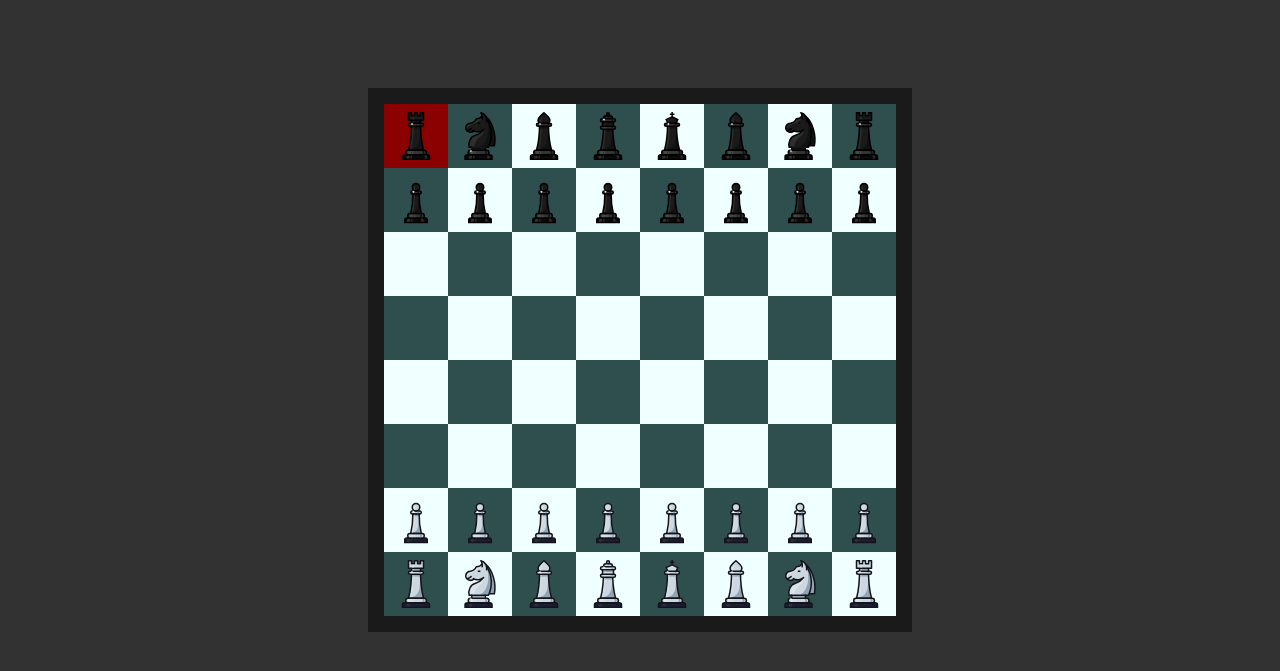
Repository: Mirsmog/react-chess
Page: /, after clicking the first element matching `div.cell`
These files come from the project's save history. The page is drawn as it stood at one moment and after the next save; the edit follows.
The browser window is 1280 px wide. The pictures show the whole page.
The project was rebuilt for these pictures with package versions that can differ from the ones it lists, and the page was loaded fresh each time. Also part of the build but not shown: vite.config.ts.

Above is the page before, as saved 2023-10-28 15:55:51.

### src/App.tsx
import BoardComponent from '@/components/BoardComponent';
import { Board } from './models/Board';
import React from 'react';

const App = () => {
  const [board, setBoard] = React.useState(new Board());

  React.useEffect(() => {
    restart();
  }, []);

  function restart() {
    const newBoard = new Board();
    newBoard.initCells();
    newBoard.addFigures()
    setBoard(newBoard);
  }
  return (
    <div className='app'>
      <BoardComponent board={board} setBoard={setBoard} />
    </div>
  );
};

export default App;

### src/index.css
:root {
  --sell-size: 64px;
}

* {
  margin: 0;
  padding: 0;
}

.app {
  background-color: #323232;
  width: 100vw;
  height: 100vh;
  display: flex;
  justify-content: center;
  align-items: center;
}

.board {
  display: flex;
  width: calc(var(--sell-size) * 8);
  height: calc(var(--sell-size) * 8);
  flex-wrap: wrap;
  border: 16px solid #1a1a1a;
}

.cell {
  width: var(--sell-size);
  height: var(--sell-size);
  display: flex;
  justify-content: center;
  align-items: center;
}

.cell img {
  width: 48px;
  height: 48px;
  position: relative;
}

img[src*='/src/assets/pawn-white.svg'],
img[src*='/src/assets/pawn-black.svg'] {
  /* transform: scale(1.18); */
  transform: translateY(3px);
}

.black {
  background-color: darkslategrey;
}

.white {
  background-color: azure;
}

.selected {
  background-color:darkred;
}

### src/components/BoardComponent.tsx
import { Board } from '@/models/Board';
import React from 'react';
import CellComponent from './CellComponent';
import { Cell } from '@/models/Cell';

type Props = {
  board: Board;
  setBoard: (board: Board) => void;
};

const BoardComponent: React.FC<Props> = ({ board, setBoard }) => {
  const [currentCell, setCurrentCell] = React.useState<Cell | null>(null);
  const click = (cell: Cell) => {
    cell.figure && setCurrentCell(cell);
  };
  return (
    <div className='board'>
      {board.cells.map((row, index) => (
        <React.Fragment key={index}>
          {row.map((cell) => (
            <CellComponent
              click={click}
              key={cell.id}
              cell={cell}
              selected={cell.x === currentCell?.x && cell.y === currentCell?.y}
            />
          ))}
        </React.Fragment>
      ))}
    </div>
  );
};

export default BoardComponent;

### src/models/Board.ts
import { Cell } from './Cell';
import { Colors } from './Colors';
import { Bishop } from './figures/Bishop';
import { King } from './figures/King';
import { Knight } from './figures/Knight';
import { Pawn } from './figures/Pawn';
import { Queen } from './figures/Queen';
import { Rook } from './figures/Rook';

export class Board {
  cells: Cell[][] = [];

  public initCells() {
    for (let i = 0; i < 8; i++) {
      const row: Cell[] = [];
      for (let j = 0; j < 8; j++) {
        if ((i + j) % 2 !== 0) {
          row.push(new Cell(this, j, i, Colors.BLACK, null)); // black
        } else {
          row.push(new Cell(this, j, i, Colors.WHITE, null)); // white
        }
      }
      this.cells.push(row);
    }
  }
  public getCell(x: number, y: number) {
    return this.cells[y][x];
  }

  private addPawns() {
    for (let i = 0; i < 8; i++) {
      new Pawn(Colors.BLACK, this.getCell(i, 1));
      new Pawn(Colors.WHITE, this.getCell(i, 6));
    }
  }
  private addKings() {
    new King(Colors.BLACK, this.getCell(4, 0));
    new King(Colors.WHITE, this.getCell(4, 7));
  }
  private addQueens() {
    new Queen(Colors.BLACK, this.getCell(3, 0));
    new Queen(Colors.WHITE, this.getCell(3, 7));
  }
  private addBishops() {
    new Bishop(Colors.BLACK, this.getCell(2, 0));
    new Bishop(Colors.BLACK, this.getCell(5, 0));
    new Bishop(Colors.WHITE, this.getCell(2, 7));
    new Bishop(Colors.WHITE, this.getCell(5, 7));
  }
  private addKnights() {
    new Knight(Colors.BLACK, this.getCell(1, 0));
    new Knight(Colors.BLACK, this.getCell(6, 0));
    new Knight(Colors.WHITE, this.getCell(1, 7));
    new Knight(Colors.WHITE, this.getCell(6, 7));
  }
  private addRooks() {
    new Rook(Colors.BLACK, this.getCell(0, 0));
    new Rook(Colors.BLACK, this.getCell(7, 0));
    new Rook(Colors.WHITE, this.getCell(0, 7));
    new Rook(Colors.WHITE, this.getCell(7, 7));
  }

  public addFigures() {
    this.addKings();
    this.addBishops();
    this.addKnights();
    this.addQueens();
    this.addPawns();
    this.addRooks();
  }
}

### src/components/CellComponent.tsx
import { Cell } from '@/models/Cell';
import React from 'react';

type Props = {
  cell: Cell;
  selected: boolean;
  click: (cell: Cell) => void;
};

const CellComponent: React.FC<Props> = ({ cell, selected, click }) => {
  return (
    <div className={`cell ${cell.color} ${selected && 'selected'}`} onClick={() => click(cell)}>
      {cell.figure?.logo && (
        <img src={cell.figure.logo} alt={cell.figure.logo} />
      )}
    </div>
  );
};

export default CellComponent;

### src/models/Cell.ts
import { Board } from './Board';
import { Colors } from './Colors';
import { Figure } from './figures/Figure';

export class Cell {
  readonly x: number;
  readonly y: number;
  readonly color: Colors;
  figure: Figure | null;
  board: Board;
  available: boolean;
  id: number;

  constructor(
    board: Board,
    x: number,
    y: number,
    color: Colors,
    figure: Figure | null
  ) {
    this.board = board;
    this.figure = figure;
    this.color = color;
    this.x = x;
    this.y = y;
    this.available = false;
    this.id = Math.random();
  }
}

### src/models/Colors.ts
export enum Colors {
  BLACK = 'black',
  WHITE = 'white',
}

### src/models/figures/Bishop.ts
import { Cell } from '../Cell';
import { Colors } from '../Colors';
import { Figure, FigureName } from './Figure';
import bishopBlack from '@/assets/bishop-black.svg';
import bishopWhite from '@/assets/bishop-white.svg';
export class Bishop extends Figure {
  constructor(color: Colors, cell: Cell) {
    super(color, cell);
    this.logo = color === Colors.BLACK ? bishopBlack : bishopWhite;
    this.name = FigureName.BISHOP
  }
}

### src/models/figures/King.ts
import { Cell } from '../Cell';
import { Colors } from '../Colors';
import { Figure, FigureName } from './Figure';
import kingBlack from '@/assets/king-black.svg';
import kingWhite from '@/assets/king-white.svg';
export class King extends Figure {
  constructor(color: Colors, cell: Cell) {
    super(color, cell);
    this.logo = color === Colors.BLACK ? kingBlack : kingWhite;
    this.name = FigureName.KING
  }
}

### src/models/figures/Knight.ts
import { Cell } from '../Cell';
import { Colors } from '../Colors';
import { Figure, FigureName } from './Figure';
import knightBlack from '@/assets/knight-black.svg';
import knightWhite from '@/assets/knight-white.svg';
export class Knight extends Figure {
  constructor(color: Colors, cell: Cell) {
    super(color, cell);
    this.logo = color === Colors.BLACK ? knightBlack : knightWhite;
    this.name = FigureName.KNIGHT
  }
}

### src/models/figures/Pawn.ts
import { Cell } from '../Cell';
import { Colors } from '../Colors';
import { Figure, FigureName } from './Figure';
import pawnBlack from '@/assets/pawn-black.svg';
import pawnWhite from '@/assets/pawn-white.svg';
export class Pawn extends Figure {
  constructor(color: Colors, cell: Cell) {
    super(color, cell);
    this.logo = color === Colors.BLACK ? pawnBlack : pawnWhite;
    this.name = FigureName.PAWN
  }
}

### src/models/figures/Queen.ts
import { Cell } from '../Cell';
import { Colors } from '../Colors';
import { Figure, FigureName } from './Figure';
import queenBlack from '@/assets/queen-black.svg';
import queenWhite from '@/assets/queen-white.svg';
export class Queen extends Figure {
  constructor(color: Colors, cell: Cell) {
    super(color, cell);
    this.logo = color === Colors.BLACK ? queenBlack : queenWhite;
    this.name = FigureName.QUEEN
  }
}

### src/models/figures/Rook.ts
import { Cell } from '../Cell';
import { Colors } from '../Colors';
import { Figure, FigureName } from './Figure';
import rookBlack from '@/assets/rook-black.svg';
import rookWhite from '@/assets/rook-white.svg';
export class Rook extends Figure {
  constructor(color: Colors, cell: Cell) {
    super(color, cell);
    this.logo = color === Colors.BLACK ? rookBlack : rookWhite;
    this.name = FigureName.ROOK;
  }
}

### src/models/figures/Figure.ts
import { Cell } from '../Cell';
import { Colors } from '../Colors';
import logo from '@/assets/bishop-black.svg';

import queenBlack from '@/assets/queen-black.svg';
import bishopBlack from '@/assets/bishop-black.svg';
import rookBlack from '@/assets/rook-black.svg';
import knightBlack from '@/assets/knight-black.svg';
import pawnBlack from '@/assets/pawn-black.svg';

import queenWhite from '@/assets/queen-white.svg';
import bishopWhite from '@/assets/bishop-white.svg';
import rookWhite from '@/assets/rook-white.svg';
import knightWhite from '@/assets/knight-white.svg';
import pawnWhite from '@/assets/pawn-white.svg';

export enum FigureName {
  FIGURE = 'figure',
  KING = 'king',
  QUEEN = 'queen',
  ROOK = 'rook',
  BISHOP = 'bishop',
  PAWN = 'pawn',
  KNIGHT = 'knight',
}


export class Figure {
  color: Colors;
  logo: typeof logo | null;
  cell: Cell;
  name: FigureName;
  id: number;

  constructor(color: Colors, cell: Cell) {
    this.color = color;
    this.cell = cell;
    this.cell.figure = this;
    this.logo = null;
    this.name = FigureName.FIGURE;
    this.id = Math.random();
  }

  canMove(target: Cell): boolean {
    return true;
  }
  moveFigure(target: Cell) {}
}

Loaded but not shown: index.html (common file); src/main.tsx (common file)

After the next save:
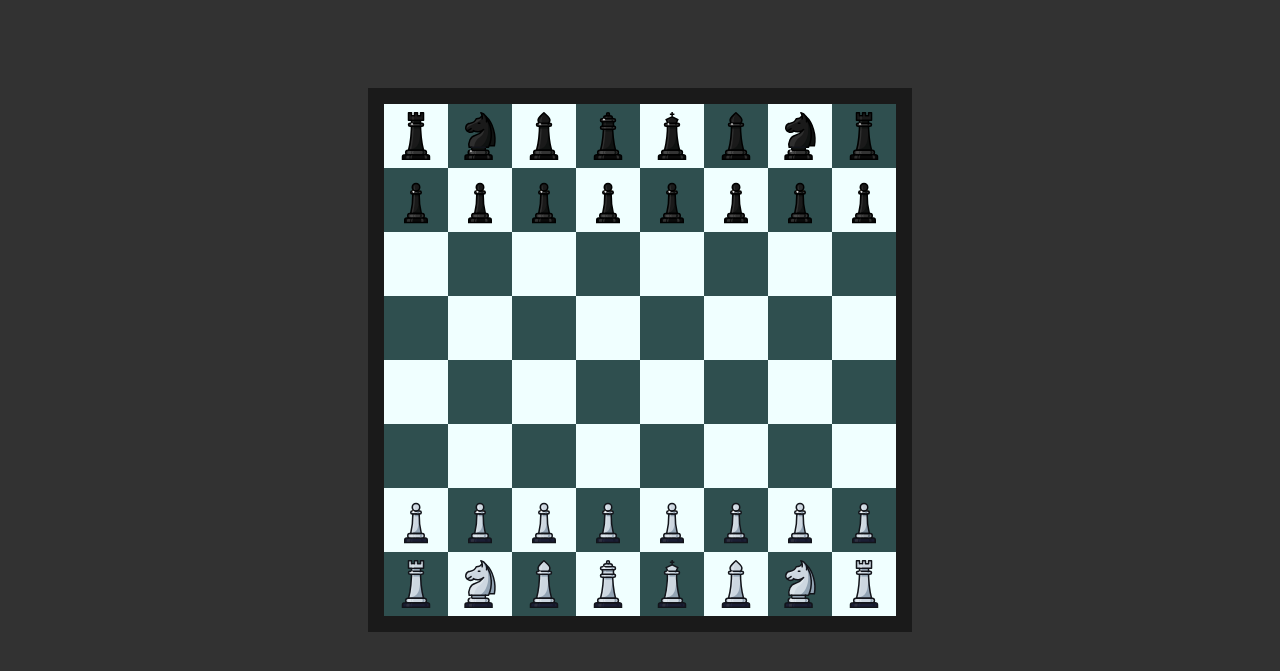
Saved 11 s later.
--- a/src/index.css
+++ b/src/index.css
@@ -53,5 +53,5 @@ img[src*='/src/assets/pawn-black.svg'] {
 }
 
 .selected {
-  background-color:darkred;
+  background-color:dark;
 }
